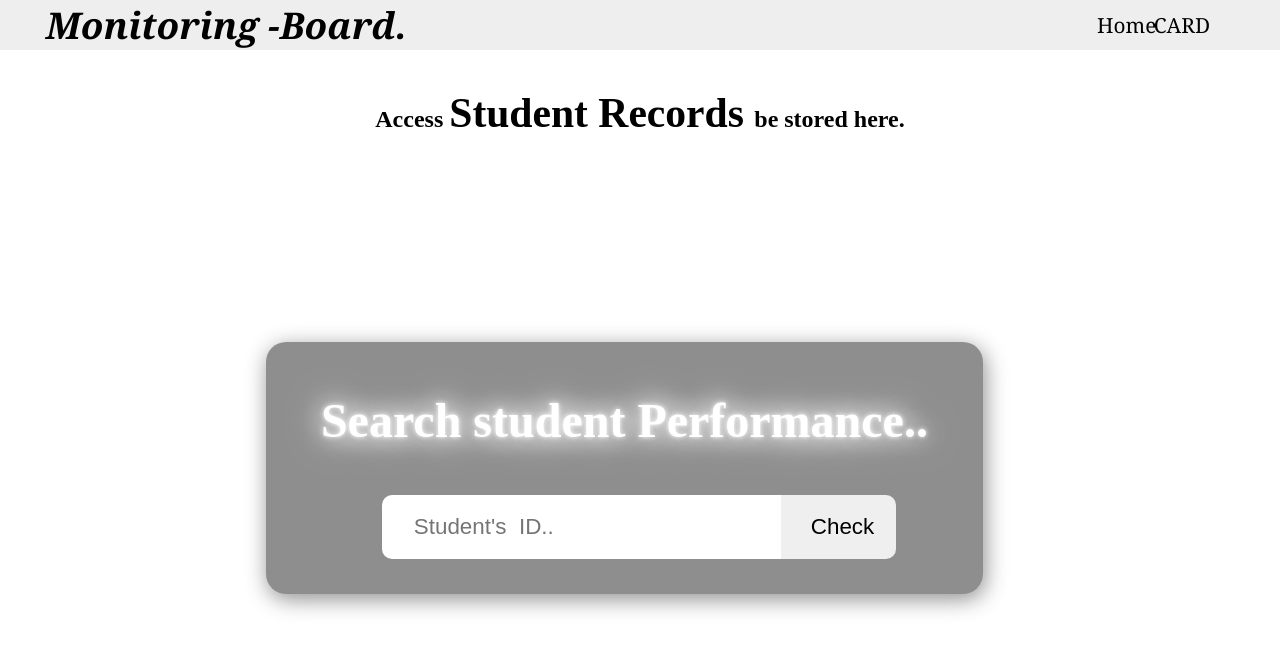
Repository: 3x3cu7er/Shax_001
Page: http://localhost/root_parent/
The author's editor kept a copy of each file at every save. The page is drawn from the files as they stood at one save, then again after the next save.
The browser window is 1280 px wide. The pictures show the whole page.
An inner scrolling area shows only its first screen. The page is served by the project's application, run on Django 4.2 (manage.py). Other server files are loaded and not shown.

Above is the page before, as saved 2024-01-19 17:51:33.

### _3x3c47er_Sino_sys/template/root_parent.html
{% load static %}
<!DOCTYPE html>
<html lang="en">
  <head>
    <meta charset="UTF-8" />
    <meta name="viewport" content="width=device-width, initial-scale=1.0" />
    <title>...</title>
    <link rel="stylesheet" href="{% static '/css/parent.css' %}" />
  </head>
  <body>
    <div class="container">
      <!-- navigation system -->
      <div class="nav">
        <div class="logo">Monitoring -Board.</div>
        <div class="links">
          <a href="{% url 'xlanding'%}">Home</a>
          <a href="#CARD">CARD</a>
        </div>
      </div>
      <!-- <div class="elements">
        <a href="{% url 'xmain'%}" class="under">Home</a>
        <a href="{% url 'temp_access_student'%}">Records</a>
        <a href="{% url 'xupdate'%}">Update</a>

        <a href="#later">Alerts</a>
      </div> -->
      <!-- platforms -->
      <div class="platforms">
        <h2>Access <span> Student Records </span> be stored here.</h2>
        <div class="section">
          <div class="formContainer">
            <h1>Search student Performance..</h1>
            <div class="search">
              <form action="" method="get">
                {% csrf_token %}
                <input
                  type="text"
                  placeholder="Student's  ID.."
                  name="search"
                  id="search"
                />
                <input type="submit" value="Check" name="searchBtn" id="btn" />
              </form>
            </div>
          </div>
          <div class="formContainer2" id="CARD">
            <div class="id">
              <h1>R e s u l t..</h1>
            </div>
            <div class="id">
              <h2>Student Username : <span>{{usRefname}}</span></h2>
            </div>
            <div class="id">
              <h2>Student RefNumber : <span>{{ref}}</span></h2>
            </div>

            <div class="id">
              <h2>Academic Status : <span>{{status}}</span></h2>
            </div>
            <div class="id">
              <h2>Cumulative Weighted Average (CWA) : <span>{{cwa}}</span></h2>
            </div>
          </div>
        </div>
      </div>
    </div>
  </body>
</html>

### _3x3c47er_Sino_sys/_hadez_/views.py
from django.shortcuts import render

# Create your views here.
# system navs


def x1(request):
    return render(request, "xterminal.html")


# system navs
def x2(request):
    return render(request, "xupdate.html")


# system navs
def x3(request):
    return render(request, "xbase.html")


# system navs
def x4(request):
    return render(request, "xmain.html")


# system navs
def x5(request):
    return render(request, "sys_manage.html")


# system navs
def x6(request):
    return render(request, "root_parent.html")


# system navs
def x7(request):
    return render(request, "dash_content_overview.html")


# system navs
def x8(request):

    # if request.method == 'POST':
    #     uname = '*****'
    #     addr = 'account@mail.com'
    #     refnum = '**********'
    #     commentRef = request.POST.get('comID')
    #     label = request.POST.get('label')
    #     message = request.POST.get('message')
    #     newComment = comments(commentID=commentRef, label=label, details=message)
    #     newComment.save()

    if request.method == 'GET':
        uname = '*****'
        addr = 'account@mail.com'
        refnum = '**********'
        ref = request.GET.get('search')
        # users = userCredentials.objects.all()
        # for userAccount in users:
        #     if str(userAccount.referenceNumber) == str(ref):
        #         print('yh..')
        #         uname = userAccount.uname
        #         addr = userAccount.Address
        #         refnum = userAccount.referenceNumber

    return render(request, 'xlanding.html', {'uname':uname, 'addr':addr, 'refnum':refnum})


# system navs
def x9(request):
    return render(request, "xhome.html")


# system navs
def x10(request):
    return render(request, "board_confg.html")


# system navs
def x11(request):
    return render(request, "temp_access_stud.html")


# system navs
def x12(request):
    return render(request, "xactive.html")


# system navs
def x13(request):
    return render(request, "xplatform.html")


# system navs
def x14(request):
    return render(request, "sys_major.html")

### _3x3c47er_Sino_sys/_3x3c47er_Sino_sys/urls.py
"""_3x3c47er_Sino_sys URL Configuration

The `urlpatterns` list routes URLs to views. For more information please see:
    https://docs.djangoproject.com/en/4.0/topics/http/urls/
Examples:
Function views
    1. Add an import:  from my_app import views
    2. Add a URL to urlpatterns:  path('', views.home, name='home')
Class-based views
    1. Add an import:  from other_app.views import Home
    2. Add a URL to urlpatterns:  path('', Home.as_view(), name='home')
Including another URLconf
    1. Import the include() function: from django.urls import include, path
    2. Add a URL to urlpatterns:  path('blog/', include('blog.urls'))
"""
from django.contrib import admin
from django.urls import path, include

urlpatterns = [
    path('admin/', admin.site.urls),
    path("", include("_hadez_.urls")),
    path("xterminal/", include("_hadez_.urls")),
    path('main/', include('_hadez_.urls')),
    path('update-my-data/', include('_hadez_.urls')),
    path('records/', include('_hadez_.urls')),
    path('menu/', include('_hadez_.urls')),
    path('monitor/', include('_hadez_.urls')),
    path('platform/', include('_hadez_.urls')),
]

### _3x3c47er_Sino_sys/_hadez_/urls.py
from django.urls import path
from . import views
urlpatterns = [
    path("", views.x1, name="xterminal"),
    path("xterminal/", views.x1, name="xterminal"),
    path("xupdate/", views.x2, name="xupdate"),
    path("xbase/", views.x3, name="xbase"),
    path("xmain/", views.x4, name="xmain"),
    path("sys_manage/", views.x5, name="sys_manage"),
    path("root_parent/", views.x6, name="root_parent"),
    path("dash_content_overview/", views.x7, name="dash_content_overview"),
    path("xlanding/", views.x8, name="xlanding"),
    path("xhome/", views.x9, name="xhome"),
    path("board_confg/", views.x10 , name="board_confg"),
    path("temp_access_student/", views.x11 , name="temp_access_student"),
    path("xactive/", views.x12 , name="xactive"),
    path("xplatform/", views.x13 , name="xplatform"),
    path("sys_major/", views.x14 , name="sys_major"),
]

### _3x3c47er_Sino_sys/static/css/parent.css
* {
  margin: 0;
  padding: 0;
  box-sizing: border-box;
}
body {
  width: 100%;
  height: 100vh;
  display: flex;
  flex-direction: column;
  overflow: hidden;
}
.container {
  width: 100%;
  height: 100%;
  overflow: hidden;
}

.elements {
  width: 20%;
  height: 25%;
  position: relative;
  left: 75%;
  display: flex;
  align-items: center;
  text-align: center;
  flex-direction: column;
  background: #eee;
  display: none;
}
.elements a {
  text-decoration: none;
  color: white;
  margin-top: 0.2%;
  width: 100%;
  height: 25%;
  background: black;
  display: flex;
  justify-content: center;
  align-items: center;
}
.nav {
  width: 100%;
  height: 7%;
  overflow: hidden;
  position: sticky;
  top: 0;
  text-align: center;
  background: #eee;
  display: flex;
  gap: 45%;
}
.nav .logo {
  width: 45%;
  height: 100%;
  display: flex;
  justify-content: center;
  align-items: center;
  text-align: center;
  font-size: 2.3rem;
  font-weight: bold;
  font-style: italic;
  font-family: Georgia, "Times New Roman", Times, serif;
}

.nav .links {
  width: 25%;
  height: 100%;
  display: flex;
  gap: 2%;
  align-items: center;
  justify-content: center;
  font-size: 1.2rem;
  font-family: Georgia, "Times New Roman", Times, serif;
  text-decoration: none;
  transition: 0.5s ease-in-out;
  -webkit-transition: 0.5s ease-in-out;
  -moz-transition: 0.5s ease-in-out;
  -ms-transition: 0.5s ease-in-out;
  -o-transition: 0.5s ease-in-out;
}
.nav .links a {
  text-decoration: none;
  font-size: 1.3rem;
  width: 20%;
  height: 100%;
  display: flex;
  align-items: center;
  justify-content: center;
  color: black;
}

.under {
  border-bottom: 0.3rem solid red;
}
.platforms {
  height: 93%;
  width: 100%;
  overflow: auto;
  text-align: center;
  padding-top: 3%;
  transition: 0.5s ease-in-out;
  -webkit-transition: 0.5s ease-in-out;
  -moz-transition: 0.5s ease-in-out;
  -ms-transition: 0.5s ease-in-out;
  -o-transition: 0.5s ease-in-out;
}

.search {
  width: 100%;
  height: 10%;
  margin-top: 1%;
  margin-left: 5%;
}

form input[type="text"] {
  width: 70%;
  height: 4rem;
  margin: 2% 0 1rem 5%;
  padding-left: 2rem;
  outline: none;
  border-radius: 10px;
  border: none;
  font-size: 1.4rem;
  border-top-right-radius: 0;
  border-bottom-right-radius: 0;
}

form input[type="submit"] {
  width: 19.9%;
  height: 4rem;
  margin: 2% 0 1rem -1%;
  padding-left: 0.5rem;
  outline: none;
  border-radius: 10px;
  border: none;
  font-size: 1.4rem;
  text-align: center;
  border-top-left-radius: 0;
  border-bottom-left-radius: 0;
}
.platforms h2 {
  animation: enlarge 1s linear infinite;
  -webkit-animation: enlarge 1s linear infinite;
}

.platforms h2 span {
  font-size: 2.6rem;
}
.section {
  width: 80%;
  height: 100%;
  margin-left: 10px;
  margin-top: 1%;
  border-radius: 60px;
  -webkit-border-radius: 60px;
  -moz-border-radius: 60px;
  -ms-border-radius: 60px;
  -o-border-radius: 60px;
}
.formContainer {
  margin-top: 20%;
  width: 70%;
  height: 40%;
  background: rgba(0, 0, 0, 0.443);
  box-shadow: 2px 5px 1.4rem rgba(0, 0, 0, 0.448);
  border-radius: 20px;
  margin-left: 25%;
  -webkit-border-radius: 20px;
  -moz-border-radius: 20px;
  -ms-border-radius: 20px;
  -o-border-radius: 20px;
  padding-top: 5%;
  overflow: hidden;
  margin-bottom: 15%;
}
.formContainer2 {
  margin-top: 15%;
  width: 100%;
  height: 100%;
  background: rgba(0, 0, 0, 0.443);
  box-shadow: 2px 5px 1.4rem rgba(0, 0, 0, 0.448);
  border-radius: 20px;
  margin-left: 12%;
  -webkit-border-radius: 20px;
  -moz-border-radius: 20px;
  -ms-border-radius: 20px;
  -o-border-radius: 20px;
  padding-top: 5%;
  overflow: auto;
  margin-bottom: 30%;
}
.id {
  width: 80%;
  height: 20%;
  border-radius: 10px;

  box-shadow: 2px 5px 2rem rgba(0, 0, 0, 0.428);
  margin: 3% 0 2% 10%;
  -webkit-border-radius: 10px;
  -moz-border-radius: 10px;
  -ms-border-radius: 10px;
  -o-border-radius: 10px;
  overflow: hidden;
  display: flex;
  justify-content: center;
  align-items: center;
  justify-items: center;
}
.formContainer h1,
.formContainer2 h1 {
  font-size: 3rem;
  color: white;
  text-shadow: 0 0 5px white, 0 0 25px white, 0 0 35px white;
}
.formContainer h3 {
  font-size: 3rem;
}
.formItem label {
  margin-top: 2%;
  margin-left: 5%;
  font-size: 1.25rem;
}
form {
  width: 80%;
  height: 100%;
  margin-top: 5%;
  margin-left: 5%;
  margin-bottom: 10%;
}

.formItem input[type="text"],
.formItem input[type="email"],
.formItem input[type="password"] {
  outline: none;
  border: none;
  width: 84%;
  padding-left: 1rem;
  margin-top: 4%;
  font-size: 1.2rem;
  font-family: Georgia, "Times New Roman", Times, serif;
  height: 6vh;
  margin-left: 13%;
  border-radius: 5px;
  -webkit-border-radius: 5px;
  -moz-border-radius: 5px;
  -ms-border-radius: 5px;
  -o-border-radius: 5px;
}
.formItem input[type="submit"] {
  outline: none;
  border: none;
  width: 84%;
  padding-left: 1rem;
  font-size: 2rem;
  font-family: Georgia, "Times New Roman", Times, serif;
  height: 7vh;
  margin-left: 13%;
  border-radius: 5px;
  -webkit-border-radius: 5px;
  -moz-border-radius: 5px;
  -ms-border-radius: 5px;
  -o-border-radius: 5px;
  margin-top: 5%;
}

.formItem {
  display: flex;
  flex-direction: column;
}

@media screen and (max-width: 50rem) {
  body {
    width: 100%;
    height: 100vh;
    transition: 0.5s ease-in-out;
    -webkit-transition: 0.5s ease-in-out;
    -moz-transition: 0.5s ease-in-out;
    -ms-transition: 0.5s ease-in-out;
    -o-transition: 0.5s ease-in-out;
    display: flex;
    align-items: center;
    justify-content: center;
  }
  .container {
    width: 100%;
    height: 100%;
  }

  .search input[type="text"] {
    width: 25%;
    height: 4rem;
    margin: 2% 0 1rem 1%;
    padding-left: 2rem;
    outline: none;
    border: 2px solid #3c1962;
    border-radius: 10px;
    font-size: 1.4rem;
    border-top-right-radius: 0;
    border-bottom-right-radius: 0;
    -webkit-border-radius: 10px;
    -moz-border-radius: 10px;
    -ms-border-radius: 10px;
    -o-border-radius: 10px;
  }

  .search input[type="submit"] {
    width: 19.9%;
    height: 4rem;
    margin: 2% 0 1rem 1%;
    padding-left: 0.5rem;
    outline: none;
    border-radius: 10px;
    border: 2px solid #3c1962;
    font-size: 1.4rem;
    text-align: center;
    border-radius: 10px;
    -webkit-border-radius: 10px;
    -moz-border-radius: 10px;
    -ms-border-radius: 10px;
    -o-border-radius: 10px;
  }
  .platforms {
    width: 100%;
    height: 100%;
  }
  .section:first-child {
    flex-direction: column;
  }
  .rigthSide,
  .leftSide {
    display: none;
  }
  .middleContent {
    width: 100%;
    height: 100%;
  }
  .nav {
    display: flex;
    gap: 2rem;
  }
  .nav .links {
    display: none;
  }
  .nav .logo {
    font-size: 1.2rem;
    width: 60%;
  }
  .middleContent #top,
  .middleContent #bottom {
    animation: none;
    -webkit-animation: none;
    height: 40%;
    position: relative;
    left: 1px;
    border-radius: 20px;
    -webkit-border-radius: 20px;
    -moz-border-radius: 20px;
    -ms-border-radius: 20px;
    -o-border-radius: 20px;
  }
  .middleContent .data {
    width: 98%;
    height: 50%;
  }

  #details .details:first-child {
    display: none;
  }
  #details .details:last-child {
    width: 99%;
    height: 100%;
  }
  .form {
    height: 80%;
  }
  .formItem {
    margin-top: 5%;
  }
  form {
    height: 80%;
  }
  .platforms h2 {
    display: none;
  }
  #details,
  #later {
    height: 70%;
  }
  .section {
    height: 80%;
    width: 100%;
    position: relative;
    right: 25%;
  }
  .formItem input[type="text"],
  .formItem input[type="email"],
  .formItem input[type="password"] {
    width: 98%;
    position: relative;
    right: 10%;
  }
  #later {
    margin-bottom: 15%;
  }
  .formContainer {
    width: 95%;
    height: 40%;
  }
  .formContainer2 {
    width: 95%;
    height: 100%;
    margin-left: 25%;
  }
  .formContainer h3 {
    font-size: 1.5rem;
    margin-top: 5%;
  }
}

After the next save:
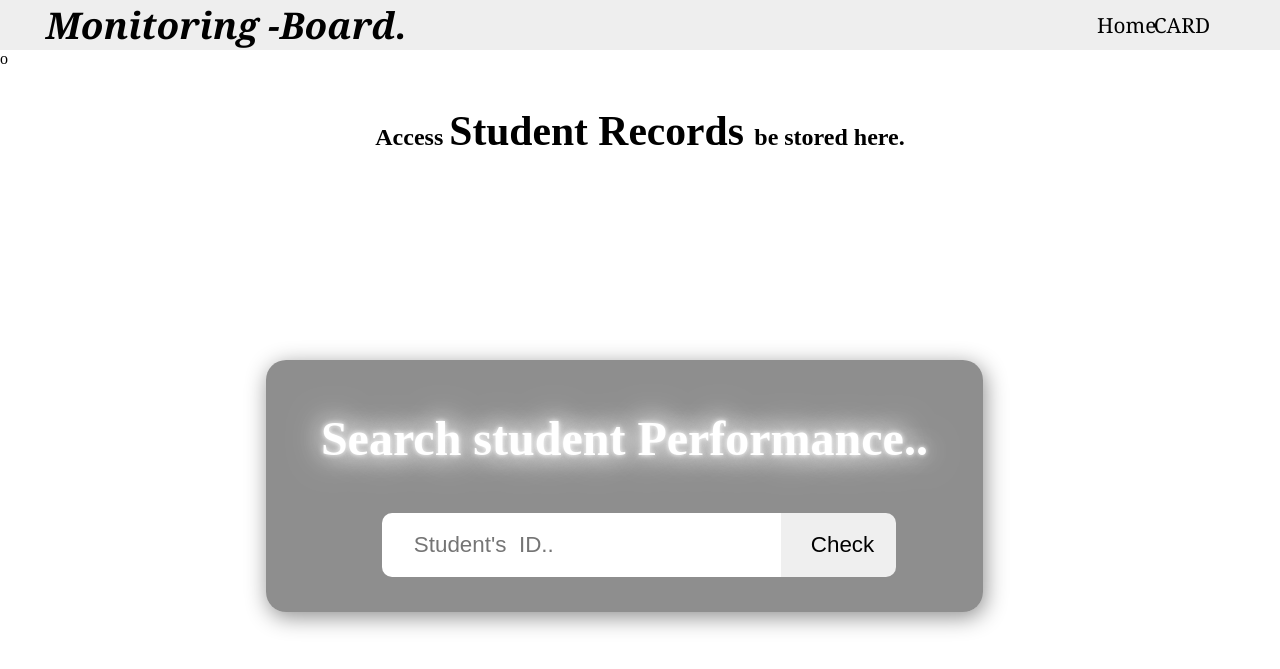
Saved 23 s later.
--- a/_3x3c47er_Sino_sys/template/root_parent.html
+++ b/_3x3c47er_Sino_sys/template/root_parent.html
@@ -17,6 +17,7 @@
           <a href="#CARD">CARD</a>
         </div>
       </div>
+      o
       <!-- <div class="elements">
         <a href="{% url 'xmain'%}" class="under">Home</a>
         <a href="{% url 'temp_access_student'%}">Records</a>

After the save that followed:
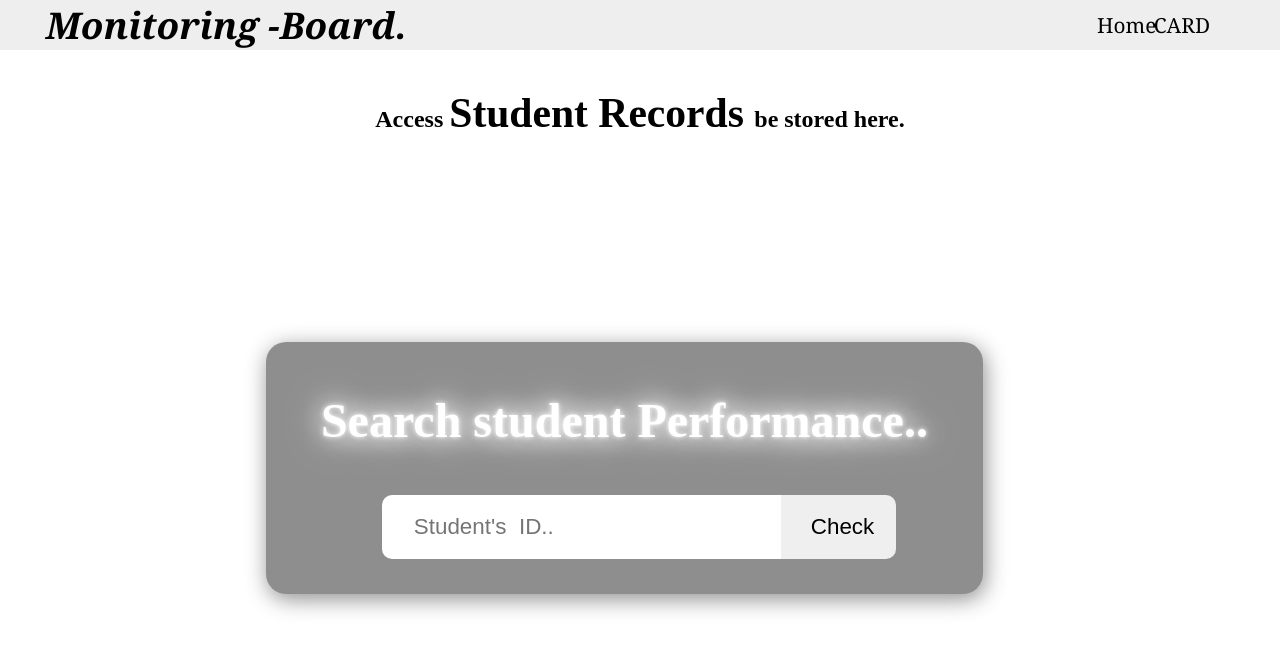
Saved 52 s later.
--- a/_3x3c47er_Sino_sys/template/root_parent.html
+++ b/_3x3c47er_Sino_sys/template/root_parent.html
@@ -17,14 +17,13 @@
           <a href="#CARD">CARD</a>
         </div>
       </div>
-      o
-      <!-- <div class="elements">
+      <div class="elements">
         <a href="{% url 'xmain'%}" class="under">Home</a>
         <a href="{% url 'temp_access_student'%}">Records</a>
         <a href="{% url 'xupdate'%}">Update</a>
 
         <a href="#later">Alerts</a>
-      </div> -->
+      </div>
       <!-- platforms -->
       <div class="platforms">
         <h2>Access <span> Student Records </span> be stored here.</h2>
